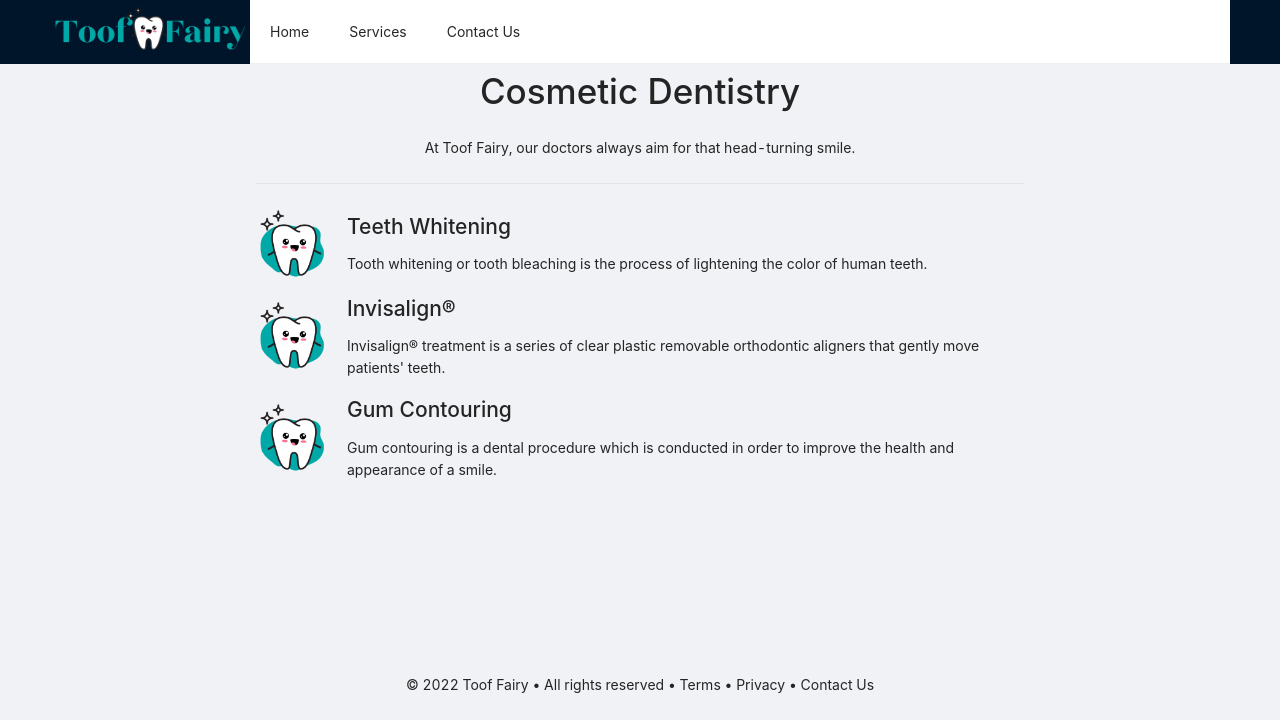
Repository: neldad1/dentist-app
Page: /cosmetic
An editor plug-in stored every save of this project. The page is shown before and after the next save, followed by the edit.
The browser window is 1280 px wide. The pictures show the whole page.
The project was rebuilt for these pictures with package versions that can differ from the ones it lists, and the page was loaded fresh each time. Also part of the build but not shown: src/components/Home.jsx, src/components/Contact.jsx, src/components/Services/Restorative.jsx, src/components/Services/Preventative.jsx.

Above is the page before, as saved 2022-03-10 12:55:54.

### public/index.html
<!DOCTYPE html>
<html lang="en">
  <head>
    <meta charset="utf-8" />
    <link rel="icon" href="%PUBLIC_URL%/favicon.svg" type="image/svg+xml">
    <meta name="viewport" content="width=device-width, initial-scale=1" />
    <meta name="theme-color" content="#000000" />
    <meta
      name="description"
      content="Web site created using create-react-app"
    />
    <link rel="apple-touch-icon" href="%PUBLIC_URL%/logo192.png" />
    <!--
      manifest.json provides metadata used when your web app is installed on a
      user's mobile device or desktop. See https://developers.google.com/web/fundamentals/web-app-manifest/
    -->
    <link rel="manifest" href="%PUBLIC_URL%/manifest.json" />
    <!--
      Notice the use of %PUBLIC_URL% in the tags above.
      It will be replaced with the URL of the `public` folder during the build.
      Only files inside the `public` folder can be referenced from the HTML.

      Unlike "/favicon.ico" or "favicon.ico", "%PUBLIC_URL%/favicon.ico" will
      work correctly both with client-side routing and a non-root public URL.
      Learn how to configure a non-root public URL by running `npm run build`.
    -->
    <title>React App</title>
  </head>
  <body>
    <noscript>You need to enable JavaScript to run this app.</noscript>
    <div id="root"></div>
    <!--
      This HTML file is a template.
      If you open it directly in the browser, you will see an empty page.

      You can add webfonts, meta tags, or analytics to this file.
      The build step will place the bundled scripts into the <body> tag.

      To begin the development, run `npm start` or `yarn start`.
      To create a production bundle, use `npm run build` or `yarn build`.
    -->
  </body>
</html>

### src/index.js
import React from 'react';
import ReactDOM from 'react-dom';
import './index.css';
import App from './App';
import reportWebVitals from './reportWebVitals';

ReactDOM.render(
  //<React.StrictMode>
  <App />,
  //</React.StrictMode>,
  document.getElementById('root')
);

// If you want to start measuring performance in your app, pass a function
// to log results (for example: reportWebVitals(console.log))
// or send to an analytics endpoint. Learn more: https://bit.ly/CRA-vitals
reportWebVitals();

### src/App.js
import { BrowserRouter } from 'react-router-dom';
import './App.css';
import 'antd/dist/antd.min.css';
import Navigation from './components/Router/Navigation';
import AppRoutes from './components/Router/AppRoutes';
import { Layout } from 'antd';
import HeaderLogo from './components/HeaderLogo';
const { Header, Footer, Content } = Layout;

function App() {
  return (
    <BrowserRouter>
      <Layout className="layout">
        <Header className="navigation">
          <HeaderLogo />
          <Navigation />
        </Header>
        <Content>
          <AppRoutes />
        </Content>
        <Footer className="footer">
          © 2022 Toof Fairy • All rights reserved • Terms • Privacy • Contact Us
        </Footer>
      </Layout>
    </BrowserRouter>
  );
}

export default App;

### src/App.css
h1 {
  font-size: 2.5em;
}

.layout {
  height: 100vh;
  width: 100vw;
  text-align: center;
}

.navigation {
  background: whitesmoke;
}

.logo {
  width: 200px;
  height: 50px;
  float: left;
  margin-top: 4px;
}

.footer {
  color: white;
}

.intro-wrapper {
  text-align: center;
}

.home {
  width: 100%;
  height: 100%;
  display: flex;
  justify-content: center;
  align-items: center;
  background-image: url('/public/tfBackground.jpg');
  background-size: cover;
  background-repeat: no-repeat;
}

.content-wrapper {
  width: 50%;
  font-family: 'Segoe UI', sans-serif;
  margin-left: 10em;
  color: whitesmoke;
  display: block;
}
.tagline1 {
  font-weight: bolder;
  font-size: 2em;
  margin: 0;
  line-height: 1;
}

.contact-form {
  text-align: left;
}

.main-content {
  height: 100%;
  width: 60%;
  overflow-y: scroll;
  display: block;
  margin: 0 auto;
}

.service-info {
  display: flex;
  text-align: left;
  margin-bottom: 1em;
  align-items: center;
}

.service-definition {
  margin-left: 1.5em;
}

@media screen and (max-width: 768px) {
  .main-content {
    width: 100%;
    margin: 0.5em;
  }
}

### src/components/Router/Navigation.jsx
import { Link } from 'react-router-dom';
import { Menu } from 'antd';
const { SubMenu } = Menu;

const Navigation = () => {
  return (
    <Menu mode="horizontal">
      <Menu.Item key="home">
        <span>Home</span>
        <Link to="/" />
      </Menu.Item>
      <SubMenu key="subMenu" title="Services">
        <Menu.Item key="cosmetic">
          <span>Cosmetic</span>
          <Link to="/cosmetic" />
        </Menu.Item>
        <Menu.Item key="restore">
          <span>Restorative</span>
          <Link to="/restorative" />
        </Menu.Item>
        <Menu.Item key="prevent">
          <span>Preventative</span>
          <Link to="/preventative" />
        </Menu.Item>
      </SubMenu>
      <Menu.Item key="contact">
        <span>Contact Us</span>
        <Link to="/contact" />
      </Menu.Item>
    </Menu>
  );
};

export default Navigation;

### src/components/Router/AppRoutes.jsx
import { Route, Routes } from 'react-router-dom';
import Home from '../Home';
import Contact from '../Contact';
import Cosmetic from '../Services/Cosmetic';
import Restorative from '../Services/Restorative';
import Preventative from '../Services/Preventative';

const AppRoutes = () => {
  return (
    <Routes>
      <Route exact path="/" element={<Home />} />
      <Route path="/cosmetic" element={<Cosmetic />} />
      <Route path="/restorative" element={<Restorative />} />
      <Route path="/preventative" element={<Preventative />} />
      <Route path="/contact" element={<Contact />} />
    </Routes>
  );
};

export default AppRoutes;

### src/components/HeaderLogo.jsx
import { Link } from 'react-router-dom';

const HeaderLogo = () => {
  return (
    <Link to="/">
      <img className="logo" src={require('../tfLogo.png')} alt="TF" />
    </Link>
  );
};

export default HeaderLogo;

### src/components/Services/Cosmetic.jsx
import { Divider } from 'antd';
import ToofImg from './ToofImg';

const Cosmetic = () => {
  return (
    <div className="main-content">
      <div>
        <h1>Cosmetic Dentistry</h1>
        <p>
          At Toof Fairy, our doctors always aim for that head-turning smile.
        </p>
      </div>
      <Divider />
      <div className="service-info">
        <ToofImg />
        <div className="service-definition">
          <h2>Teeth Whitening</h2>
          <span>
            Tooth whitening or tooth bleaching is the process of lightening the
            color of human teeth.
          </span>
        </div>
      </div>
      <div className="service-info">
        <ToofImg />
        <div className="service-definition">
          <h2>Invisalign®</h2>
          <span>
            Invisalign® treatment is a series of clear plastic removable
            orthodontic aligners that gently move patients' teeth.{' '}
          </span>
        </div>
      </div>
      <div className="service-info">
        <ToofImg />
        <div className="service-definition">
          <h2>Gum Contouring</h2>
          <span>
            Gum contouring is a dental procedure which is conducted in order to
            improve the health and appearance of a smile.{' '}
          </span>
        </div>
      </div>
    </div>
  );
};

export default Cosmetic;

### src/components/Services/ToofImg.jsx
import { Image } from 'antd';

const ToofImg = () => {
  return (
    <div>
      <Image
        width={70}
        preview={false}
        src={require('../../toof.png')}
        alt="toof"
      />
    </div>
  );
};

export default ToofImg;

Loaded but not shown: src/index.css (common file); src/reportWebVitals.js (common file)

After the next save:
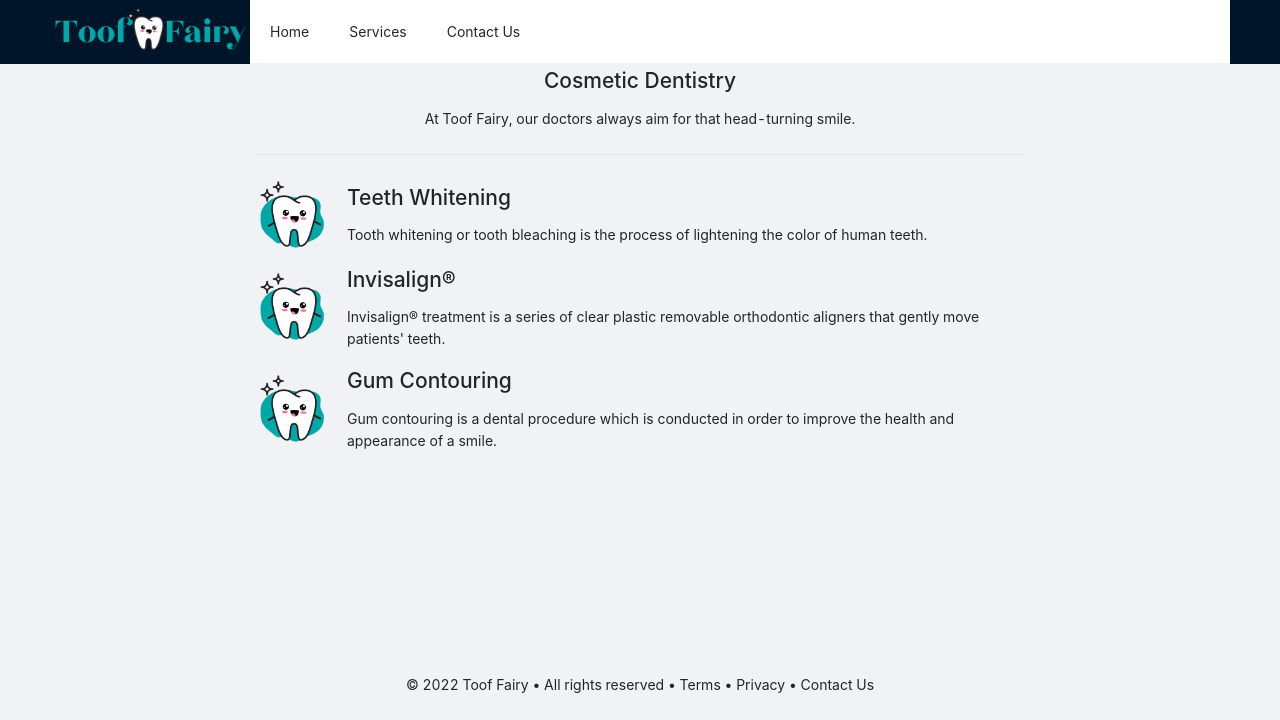
Saved 102 s later.
--- a/src/App.css
+++ b/src/App.css
@@ -1,3 +1,5 @@
+import 'antd/dist/antd.min.css';
+
 h1 {
   font-size: 2.5em;
 }

After the save that followed:
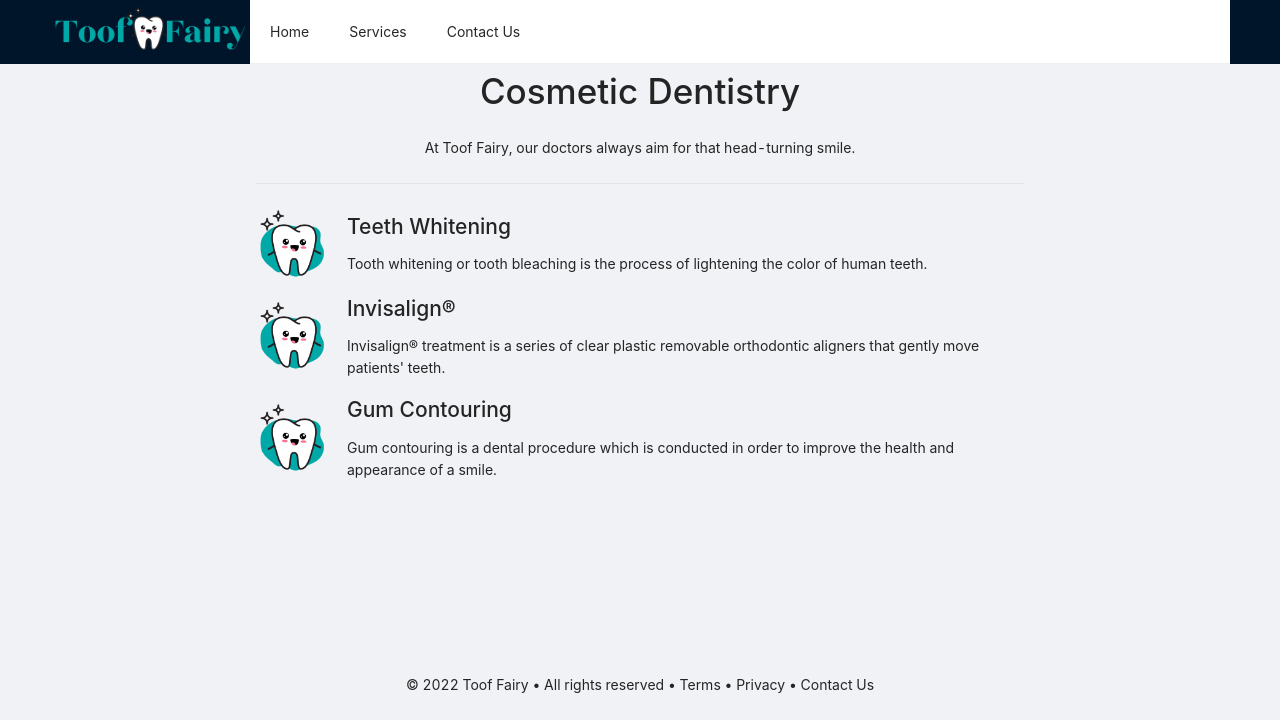
Saved 93 s later.
--- a/src/App.css
+++ b/src/App.css
@@ -1,4 +1,3 @@
-import 'antd/dist/antd.min.css';
 
 h1 {
   font-size: 2.5em;
